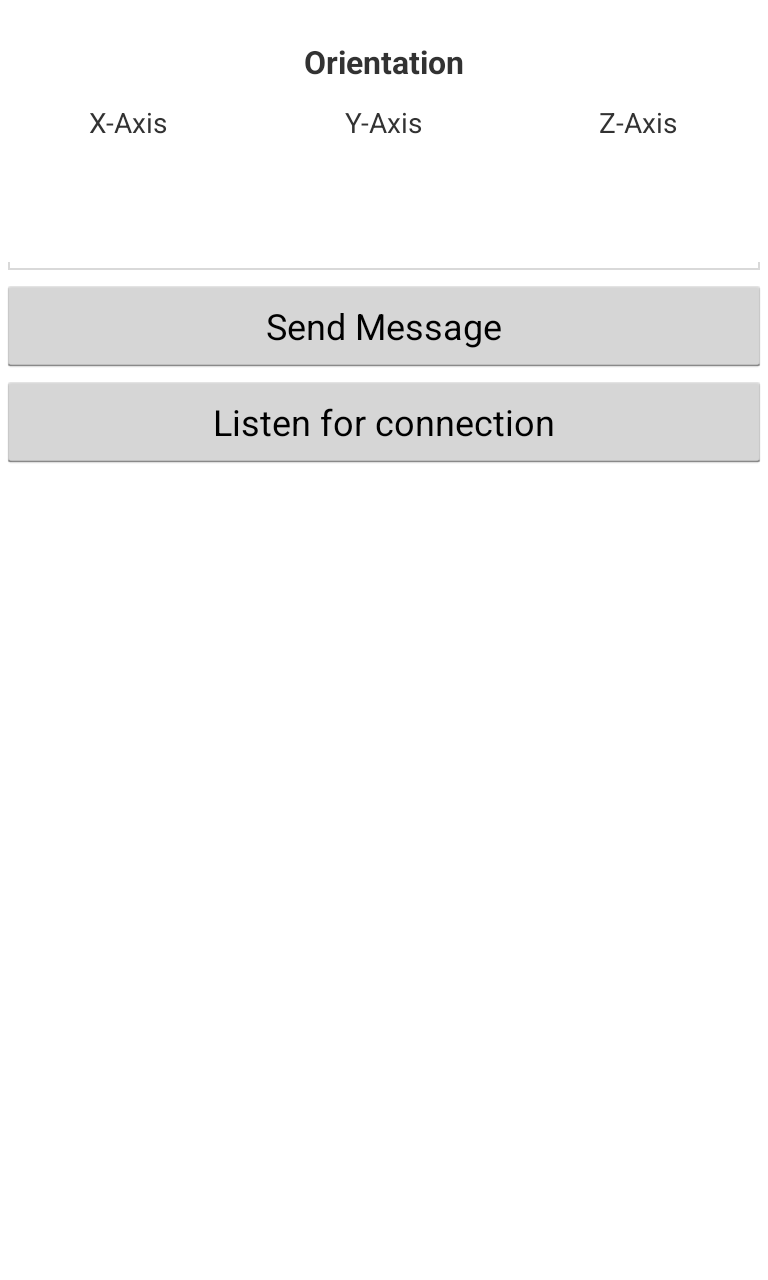
Repository: 3lim/DroidAhoy
Layout: AhoyApp - Send Float/res/layout/main.xml
These files come from the project's save history. The layout is drawn as it stood at one moment and after a run of saves; the edit follows.
It is drawn on a 768 x 1280 px phone screen (xhdpi) without system bars, with theme AppTheme; the app's code is not run. Lists and similar views that code fills are empty.

Above is the layout before, as saved 2013-11-21 16:44:45.

### AhoyApp - Send Float/res/layout/main.xml
<?xml version="1.0" encoding="utf-8"?>



<LinearLayout xmlns:android="http://schemas.android.com/apk/res/android"



android:orientation="vertical"

android:layout_width="fill_parent"

android:layout_height="fill_parent">

<TextView
    android:layout_width="fill_parent"
    android:layout_height="wrap_content"
    android:gravity="center"
    android:paddingTop="20dip"
    android:text="Orientation"
    android:textSize="16sp"
    android:textStyle="bold" />

<TableLayout

android:paddingTop="10dip"

android:layout_width="fill_parent"

android:layout_height="wrap_content"

android:stretchColumns="*">

    <TableRow>

<TextView

android:layout_width="wrap_content"

android:layout_height="wrap_content"

android:textSize="14sp"

android:text="X-Axis"

android:gravity="center"/>

<TextView

android:layout_width="wrap_content"

android:layout_height="wrap_content"

android:textSize="14sp"

android:text="Y-Axis"

android:gravity="center"/>

<TextView

android:layout_width="wrap_content"

android:layout_height="wrap_content"

android:textSize="14sp"

android:text="Z-Axis"

android:gravity="center"/>

</TableRow>

<TableRow>

<TextView

android:layout_width="wrap_content"

android:layout_height="wrap_content"

android:id="@+id/x_axis"

android:gravity="center"/>

<TextView

android:layout_width="wrap_content"

android:layout_height="wrap_content"

android:id="@+id/y_axis"

android:gravity="center"/>

<TextView

android:layout_width="wrap_content"

android:layout_height="wrap_content"

android:id="@+id/z_axis"

android:gravity="center"/>

</TableRow>

</TableLayout>

<ImageView

android:paddingTop="10dip"

android:layout_width="wrap_content"

android:layout_height="wrap_content"

android:id="@+id/image"

android:layout_gravity="center"

android:visibility="invisible"/>


<EditText
android:id="@+id/text_message"
android:layout_width="fill_parent"
android:layout_height="wrap_content"
android:layout_alignParentBottom="true"
android:enabled="false"
/>
<Button
android:id="@+id/send_message"
android:text="Send Message"
android:layout_width="fill_parent"
android:layout_height="wrap_content"
android:layout_above="@id/send_message"
/>
<Button
android:id="@+id/button_listen"
android:text="Listen for connection"
android:layout_width="fill_parent"
android:layout_height="wrap_content"
android:layout_above="@id/button_listen"
/>

<ListView
android:id="@+id/list_discovered"
android:layout_width="fill_parent"
android:layout_height="fill_parent"
android:layout_above="@id/button_listen"
android:layout_alignParentTop="true"
/>
<TextView
android:id="@+id/text_messages"
android:layout_width="fill_parent"
android:layout_height="fill_parent"
android:layout_above="@id/button_listen"
android:layout_alignParentTop="true"
android:visibility="gone"
/>


</LinearLayout>

Loaded but not shown: AhoyApp - Send Float/res/values/styles.xml (common file); AhoyApp - Send Float/res/values-v11/styles.xml (common file); AhoyApp - Send Float/res/values-v14/styles.xml (common file)

After the next 2 saves:
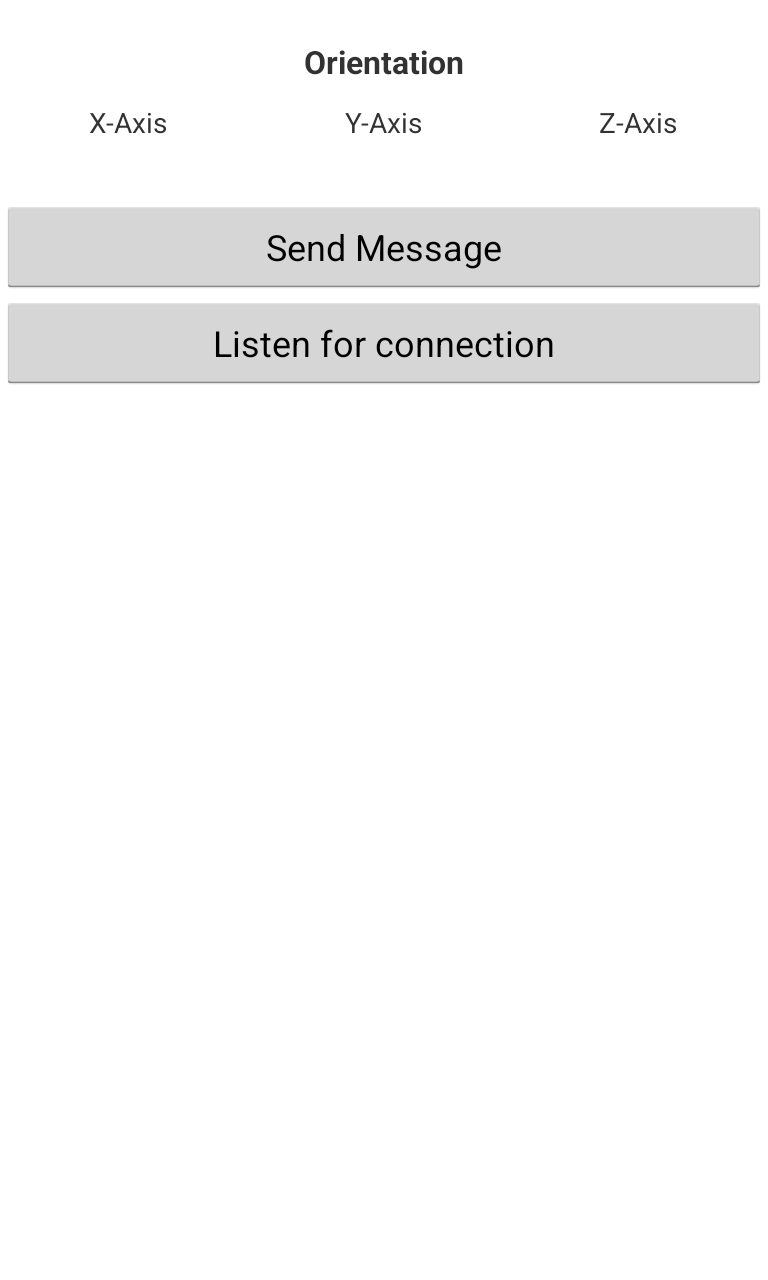
The 2 saves are shown as one change because 1 did not build or start.
The last was saved 4 min 6 s later.
--- a/AhoyApp - Send Float/res/layout/main.xml
+++ b/AhoyApp - Send Float/res/layout/main.xml
@@ -121,14 +121,15 @@ android:layout_gravity="center"
 
 android:visibility="invisible"/>
 
-
+<!--
 <EditText
 android:id="@+id/text_message"
 android:layout_width="fill_parent"
 android:layout_height="wrap_content"
 android:layout_alignParentBottom="true"
 android:enabled="false"
-/>
+-->
+
 <Button
 android:id="@+id/send_message"
 android:text="Send Message"
